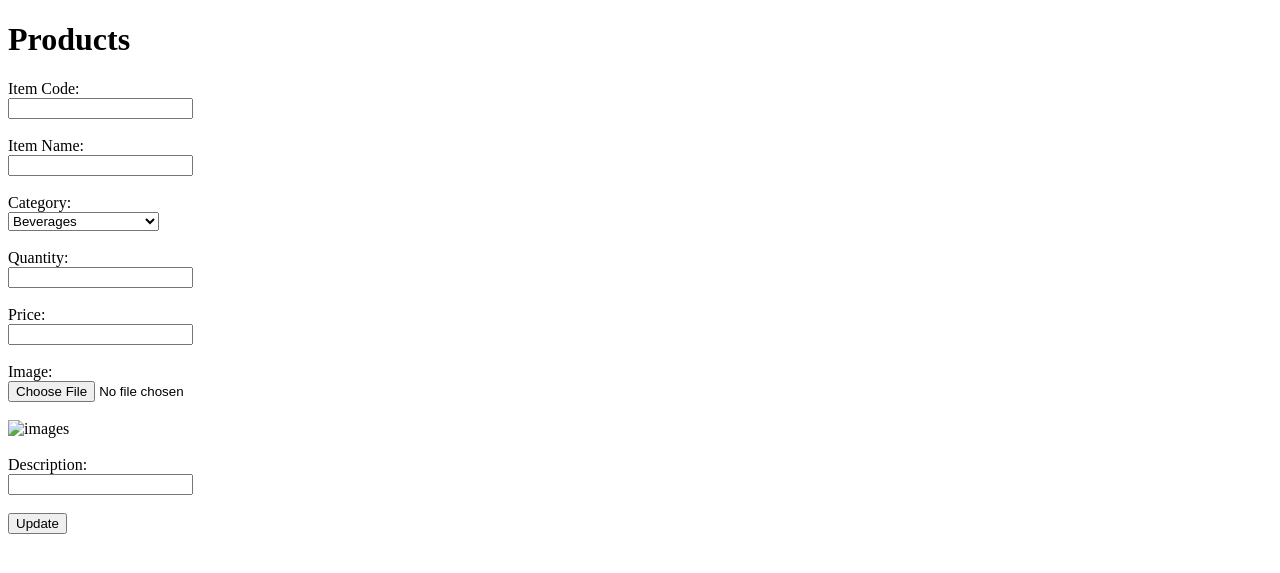
Repository: shanika2002/FreshCraze
Page: http://localhost/itemDem/product.jsp
An editor plug-in stored every save of this project. The page is shown before and after the next save, followed by the edit.
The browser window is 1280 px wide. The pictures show the whole page.
The page is served by Tomcat 9. Other server files are loaded and not shown.

Above is the page before, as saved 2024-05-10 04:10:13.

### itemDem/src/main/webapp/product.jsp
<%@ page language="java" contentType="text/html; charset=ISO-8859-1"
    pageEncoding="ISO-8859-1"%>

<%@ taglib uri="http://java.sun.com/jsp/jstl/core" prefix= "c" %>

<!DOCTYPE html>
<html>
<head>

<meta charset="ISO-8859-1">
<title>Insert title here</title>
</head>
<body>
<h1>Products</h1>

<c:set var = "item" value="${item}"/>

<div class="container">



<label for="item_code">Item Code:</label><br>
        <input type="text" id="item_code" name="itemCode" required value="${item.itemCode }"><br><br>

        <label for="item_name">Item Name:</label><br>
        <input type="text" id="item_name" name="itemName" required value="${item.itemName }"><br><br>

        <label for="category">Category:</label><br>
        <select id="category" name="category" required value="${item.category }">
            <option value="Beverages">Beverages</option>
            <option value="Choco & Snacks">Choco & Snacks</option>
            <option value="Food-Staples">Food-Staples</option>
            <option value="Laundry & Household">Laundry & Household</option>

        </select><br><br>

        <label for="quantity">Quantity:</label><br>
        <input type="number" id="quantity" name="quantity" min="0" required value="${item.quantity }"><br><br>

        <label for="price">Price:</label><br>
        <input type="text" id="price" name="price" required value="${item.price }"><br><br>

        <label for="image">Image:</label><br>
        <input type="file" id="image" name="image" required value="${item.image }"><br><br>
        <img src="${item.image}" alt="images"><br><br>

        <label for="description">Description:</label><br>
        <input id="description" name="description"  required value="${item.description }"><br><br>

       <form action="updateItem.jsp" method= "post">
       <input type="hidden" name="itemCode" value="${item.itemCode }">
       <input type="hidden" name="itemName" value="${item.itemName }">
       <input type="hidden" name="category" value="${item.category }">
       <input type="hidden" name="quantity" value="${item.quantity }">
       <input type="hidden" name="price" value="${item.price }">
       <input type="hidden" name="image" value="${item.image }">
       <input type="hidden" name="description" value="${item.description }">

       <input type = "submit" value = "Update">

       </form>
</div>
</body>
</html>

After the next save:
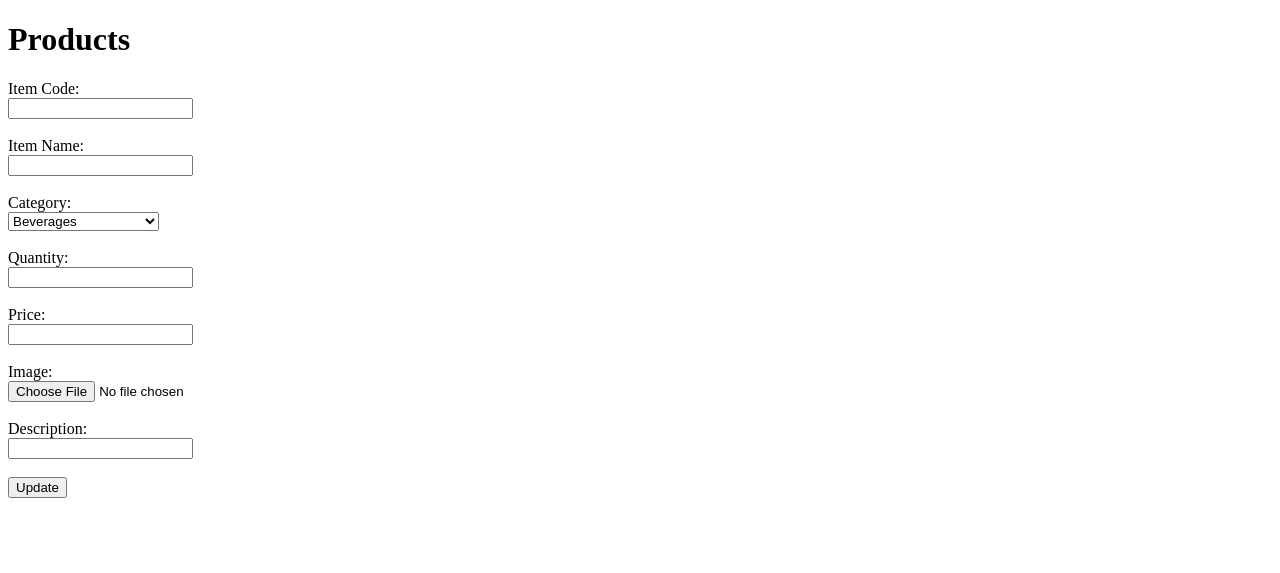
Saved 27 s later.
--- a/itemDem/src/main/webapp/product.jsp
+++ b/itemDem/src/main/webapp/product.jsp
@@ -42,7 +42,7 @@
 
         <label for="image">Image:</label><br>
         <input type="file" id="image" name="image" required value="${item.image }"><br><br>
-        <img src="${item.image}" alt="images"><br><br>
+
 
         <label for="description">Description:</label><br>
         <input id="description" name="description"  required value="${item.description }"><br><br>
@@ -53,7 +53,7 @@
        <input type="hidden" name="category" value="${item.category }">
        <input type="hidden" name="quantity" value="${item.quantity }">
        <input type="hidden" name="price" value="${item.price }">
-       <input type="hidden" name="image" value="${item.image }">
+
        <input type="hidden" name="description" value="${item.description }">
 
        <input type = "submit" value = "Update">

After the save that followed:
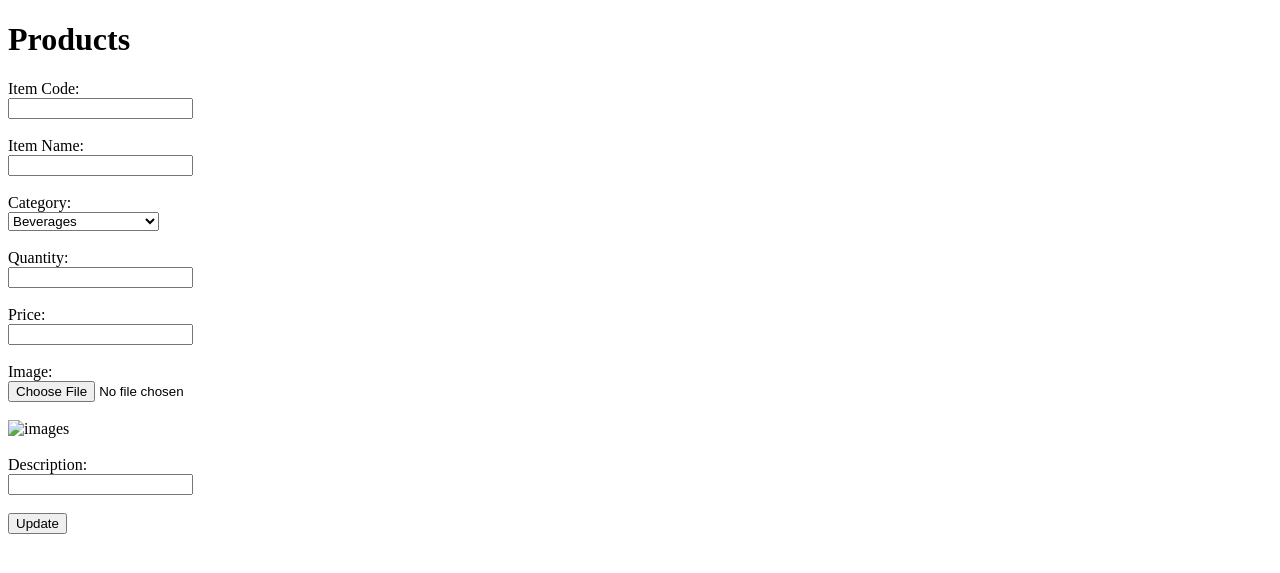
Saved 54 s later.
--- a/itemDem/src/main/webapp/product.jsp
+++ b/itemDem/src/main/webapp/product.jsp
@@ -42,7 +42,7 @@
 
         <label for="image">Image:</label><br>
         <input type="file" id="image" name="image" required value="${item.image }"><br><br>
-
+        <img src="${item.image}" alt="images"><br><br>
 
         <label for="description">Description:</label><br>
         <input id="description" name="description"  required value="${item.description }"><br><br>
@@ -53,7 +53,7 @@
        <input type="hidden" name="category" value="${item.category }">
        <input type="hidden" name="quantity" value="${item.quantity }">
        <input type="hidden" name="price" value="${item.price }">
-
+       <input type="hidden" name="image" value="${item.image }">
        <input type="hidden" name="description" value="${item.description }">
 
        <input type = "submit" value = "Update">
